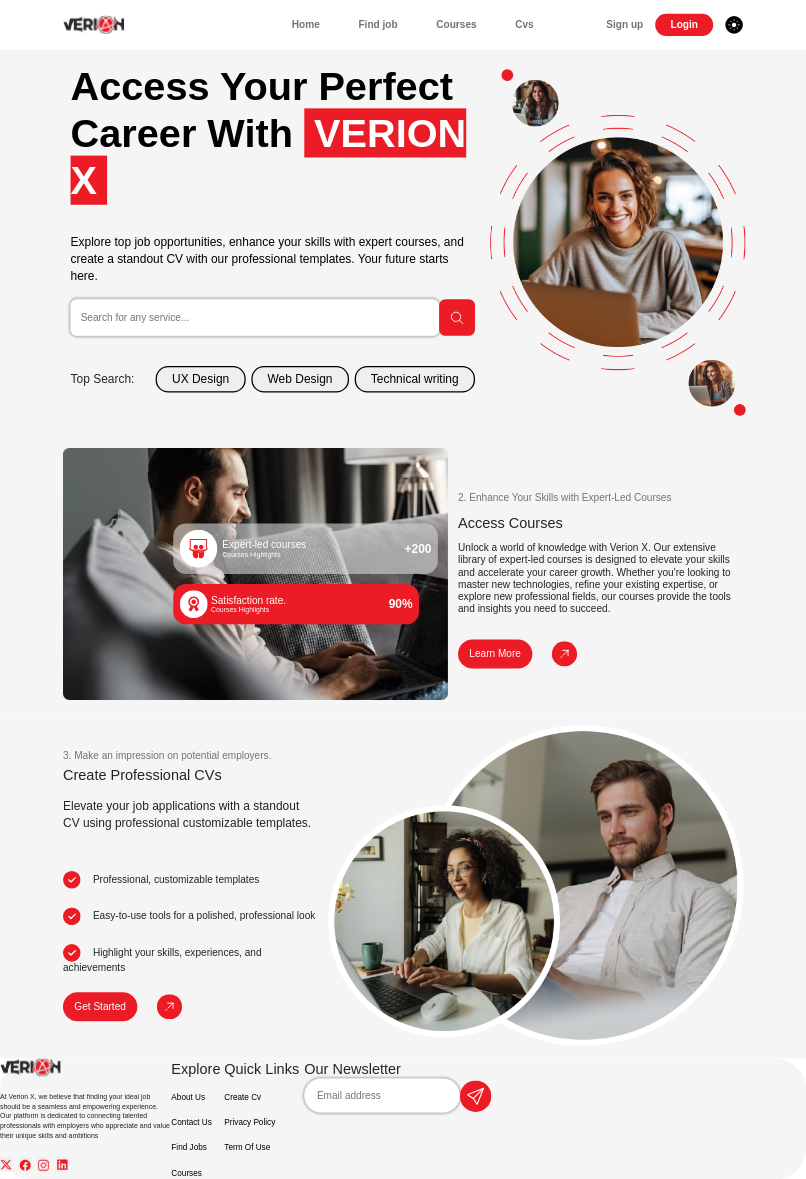
Repository: SahMenz/verionX
Page: /
The author's editor kept a copy of each file at every save. The page is drawn from the files as they stood at one save, then again after the next save.
The browser window is 1280 px wide. The pictures show the whole page, at 63% of full size.
The project was rebuilt for these pictures with package versions that can differ from the ones it lists, and the page was loaded fresh each time. Also part of the build but not shown: vite.config.js.

Above is the page before, as saved 2024-06-16 02:26:12.

### src/App.jsx
import './App.css'
import Home from './components/home/home'
import 'bootstrap/dist/css/bootstrap.min.css';

function App() {

  return (
    <>
      <div>
          <Home />
      </div>
    </>
  )
}

export default App

### src/index.css
button{
    outline: none;
    border: none;
  }

  input{
    border: none;
    outline: none;
}

### src/App.css
*, *::before, *::after{
  padding: 0px;
  margin: 0px;
  box-sizing: border-box;
  font-family: "Rubik", sans-serif;
}

/* BACKGROUND COLORS */

.bg-f5{
  background-color: #F5F5F5;
}
.bg-eb{
  background-color: #EB1C25;
}
.bg-ff{
  background-color: #fff;
}
.bg-d9{
  background-color: #D9D9D9;
}
.bg-00{
  background-color: #000;
}


/* FONT SIZES */

.txt-11{
  font-size: 11px;
}
.txt-13{
  font-size: 13px;
}
.txt-16{
  font-size: 16px;
}
.txt-19{
  font-size: 19px;
}
.txt-23{
  font-size: 23px;
}
.txt-45{
  font-size: 45px;
}
.txt-63{
  font-size: 63px;
}


/* TEXT COLOR */

.txt-eb{
  color:#EB1C25
}
.txt-f3{
  color: #737373
}
.txt-ff{
  color:#fff
}
.txt-00{
  color: #000;
}


/* FONT WEIGHT */

.fw-400{
  font-weight: 400;
}
.fw-500{
  font-weight: 500;
}
.fw-600{
  font-weight: 600;
}


/* LINE HEIGHT */

.lh-19{
  line-height: 19.2px;
}
.lh-75{
  line-height: 55.6px;
}
.lh-26{
  line-height: 26.38px;
}
.lh-22{
  line-height: 22.8px;
}
.lh-27{
  line-height: 27.6px;
}
.lh-15{
  line-height: 15.89px;
}
.lh-13{
  line-height: 13.2px;
}
.lh-54{
  line-height: 54px;
}
.lh-34{
  line-height: 34.5px;
}
.lh-67{
  line-height: 67.5px;
}
.lh-32{
  line-height: 32.2px;
}
.lh-18{
  line-height: 18.96px;
}

### src/components/home/home.jsx
import Footer from "../footer/footer"
import Navigation from "../navigation/navigation"
import AccessCourses from "./accessCourses/accessCourses"
import CreateProfessionalCv from "./createProfessionalCv/createProfessionalCv"
import Hero from "./hero/hero"

function Home() {
  return (
    <div >
        <Navigation />
        <Hero />
        <AccessCourses />
        <CreateProfessionalCv />
        <Footer />
    </div>
  )
}

export default Home

### src/components/footer/footer.jsx
import logo from '../../assets/images/logo.svg';
import CustomSvg from '../customSvg/customSvg';

function Footer() {
  return (
    <div className='d-flex bg-f5' style={{borderRadius:"50px"}}>
        <div className='d-flex flex-column' style={{width:"272px", height:"166px"}}>
            <img  src={logo} style={{width:"97.2px"}}/>
            <div className='fw-400 lh-15 txt-11 py-4'>
                At Verion X, we believe that finding your ideal job should be a
                seamless and empowering experience. Our platform is dedicated to connecting talented
                professionals with employers who appreciate and value their unique skills and ambitions
            </div>
            <div className='d-flex align-items-center justify-content-between' style={{width:"110px"}}>
                <button><CustomSvg name="x"/></button>
                <button><CustomSvg name="facebook"/></button>
                <button><CustomSvg name="insta"/></button>
                <button><CustomSvg name="linkedin"/></button>
            </div>
        </div>
        <div className='d-flex flex-column justify-content-between' style={{width:"84px", height:"192px"}}>
            <div className='fw-500 txt-23 lh-32'>Explore</div>
            <a href="#" className='txt-00 fw-400 txt-13 lh-18 text-decoration-none'>About Us</a>
            <a href="#" className='txt-00 fw-400 txt-13 lh-18 text-decoration-none'>Contact Us</a>
            <a href="#" className='txt-00 fw-400 txt-13 lh-18 text-decoration-none'>Find Jobs</a>
            <a href="#" className='txt-00 fw-400 txt-13 lh-18 text-decoration-none'>Courses</a>
        </div>
        <div className='d-flex flex-column justify-content-between' style={{width:"127px", height:"152px"}}>
            <div className='fw-500 txt-23 lh-32'>Quick Links</div>
            <a href="#" className='txt-00 fw-400 txt-13 lh-18 text-decoration-none'>Create Cv</a>
            <a href="#" className='txt-00 fw-400 txt-13 lh-18 text-decoration-none'>Privacy Policy</a>
            <a href="#" className='txt-00 fw-400 txt-13 lh-18 text-decoration-none'>Term Of Use</a>
        </div>
        <div className='d-flex flex-column'>
            <div className='fw-500 txt-23 lh-32'>Our Newsletter</div>
            <div>
                <input  type='text' placeholder='Email address' style={{borderRadius:"30px", padding:"15px 20px", boxShadow: "0px 0px 3px 3px rgba(0, 0, 0, 0.2)"}}/>
                <CustomSvg name="telegram"/>
            </div>
        </div>
    </div>
  )
}

export default Footer

### src/components/navigation/navigation.jsx
import logo from '../../assets/images/logo.svg'
import CustomSvg from '../customSvg/customSvg'
import './navigation.css'


function Navigation() {

  return (
    <div className="d-flex justify-content-between navContainer">
        <img src={logo} alt="" />
        <div className='d-none d-lg-flex navigationLink justify-content-between align-items-center'>
          <div className='d-flex justify-content-between align-items-center links'>
            <a href="#" className='small-txt lh-19 fw-600 text-decoration-none txt-f3'>Home</a>
            <a href="#" className='small-txt lh-19 fw-600 text-decoration-none txt-f3'>Find job</a>
            <a href="#" className='small-txt lh-19 fw-600 text-decoration-none txt-f3'>Courses</a>
            <a href="#" className='small-txt lh-19 fw-600 text-decoration-none txt-f3'>Cvs</a>
          </div>
          <div className='d-flex justify-content-between align-items-center switchmode'>
            <a href="#" className='small-txt lh-19 fw-600 text-decoration-none txt-f3'>Sign up</a>
            <a href="#" className='small-txt lh-19 fw-600 text-decoration-none txt-ff bg-eb px-4 py-2 rounded-5'>Login</a>
            <CustomSvg name="switchModes" className="cursor-pointer"/>
          </div>
        </div>
        <div className=' d-lg-none cursor-pointer' style={{width: "40px", height: "40px", display: 'flex', flexDirection: 'column', alignItems: "center", justifyContent: "center", gap: "5px"}}>
          <div style={{width : "30px", height:"3px", backgroundColor : 'black' }}></div>
          <div style={{width : "30px", height:"3px", backgroundColor : 'black' }}></div>
          <div style={{width : "30px", height:"3px", backgroundColor : 'black' }}></div>
        </div>
    </div>
  )
}

export default Navigation

### src/components/home/accessCourses/accessCourses.jsx
import CustomSvg from "../../customSvg/customSvg";
import './accessCourses.css';

function AccessCourses() {
  return (
    <div className="d-flex flex-column bg-f5 flex-xl-row accessGeneral  align-items-center">
        <div className="manPressingLaptop" style={{maxWidth:"611px", position:"relative"}}>
            <div className="imagetext d-none d-lg-block" style={{position:"absolute"}}>
                <div className="d-flex align-items-center opacebackground justify-content-between mb-3" style={{padding:"10px", borderRadius:"20px", maxWidth:"455px"}}>
                    <CustomSvg name="expertLedCourses"/>
                    <div className="d-flex ps-2 justify-content-between align-items-center" style={{width:"340px"}}>
                        <div className="d-flex flex-column" >
                            <div className="txt-ff fw-500 txt-16 lh-19">Expert-led courses</div>
                            <div className="txt-11 txt-ff fw-500 lh-13">Courses Highlights</div>
                        </div>
                        <div className="fw-600 txt-19 lh-22 txt-ff">+200</div>
                    </div>
                </div>
                <div className="bg-eb d-flex align-items-center justify-content-between" style={{padding:"10px", borderRadius:"20px", maxWidth:"390px"}}>
                    <CustomSvg name="satisfactionrate"/>
                    <div className="d-flex justify-content-between align-items-center" style={{width:"320px"}}>
                        <div className="d-flex flex-column" >
                            <div className="txt-ff fw-500 txt-16 lh-19">Satisfaction rate.</div>
                            <div className="txt-11 txt-ff fw-500 lh-13">Courses Highlights</div>
                        </div>
                        <div className="fw-600 txt-19 lh-22 txt-ff">90%</div>
                    </div>
                </div>
            </div>
        </div>
        <div className=" ms-xl-3"  style={{maxWidth:"576px"}}>
            <p className="txt-f3 fw-500 lh-19 enhance" style={{maxWidth:"370px"}}>2. Enhance Your Skills with Expert-Led Courses</p>
            <p className="fw-500 lh-27 access" style={{maxWidth:"300px"}}>Access Courses</p>
            <p className="fw-400 lh-19 pb-4 unlock" style={{maxWidth:"576px"}}>
                Unlock a world of knowledge with Verion X. Our extensive library of expert-led courses is designed to elevate your skills and accelerate your career growth. Whether you&apos;re looking to master new technologies, refine your existing expertise, or explore new professional fields, our courses provide the tools and insights you need to succeed.
            </p>
            <div className="d-flex align-items-center justify-content-between" style={{width:"189px"}}>
                <button className="bg-eb txt-ff" style={{padding:"11px 18px", borderRadius:"30px"}}>Learn More</button>
                <CustomSvg name="arrowTopRight" className=""/>
            </div>
        </div>
    </div>
  )
}

export default AccessCourses

### src/components/home/createProfessionalCv/createProfessionalCv.jsx
import createProfessionalImage from '../../../assets/images/createProfessionalImage.png';
import CustomSvg from '../../customSvg/customSvg';
import './createProfessionalCv.css';

function CreateProfessionalCv() {
  return (
    <div className='d-flex flex-column createGeneral bg-f5 flex-xl-row align-items-center'>
        <div style={{maxWidth:"507px"}}>
            <div className='fw-500 lh-19 txt-16 txt-f3 adjustText' style={{margin:"0px 0px 8px 0px"}}>3. Make an impression on potential employers.</div>
            <div className='fw-500 lh-27 txt-23 adjust23' style={{margin:"0px 0px 20px 0px"}}>Create Professional CVs</div>
            <div className='fw-400 txt-19 lh-23 adjust19' style={{margin:"0px 0px 60px 0px"}}>Elevate your job applications with a standout CV using professional customizable templates.</div>
            <div className='fw-400 txt-16 lh-19 adjustText' style={{marginBottom:"29px"}}><CustomSvg name="createProfessionalTick"/> <span style={{marginLeft:"15px"}}>Professional, customizable templates</span></div>
            <div className='fw-400 txt-16 lh-19 adjustText' style={{marginBottom:"29px"}}><CustomSvg name="createProfessionalTick"/> <span style={{marginLeft:"15px"}}>Easy-to-use tools for a polished, professional look</span></div>
            <div className='fw-400 txt-16 lh-19 adjustText' style={{marginBottom:"29px"}}><CustomSvg name="createProfessionalTick"/> <span style={{marginLeft:"15px"}}>Highlight your skills, experiences, and achievements</span></div>
            <div className="d-flex align-items-center justify-content-between" style={{width:"189px"}}>
                <button className="bg-eb txt-ff" style={{padding:"11px 18px", borderRadius:"30px"}}>Get Started</button>
                <CustomSvg name="arrowTopRight" className=""/>
            </div>
        </div>
        <img src={createProfessionalImage} className='mt-5 mt-xl-0 mixedImage ms-xl-3' style={{maxWidth:"659px"}}/>
    </div>
  )
}

export default CreateProfessionalCv

### src/components/home/hero/hero.jsx
import accesYourPerfectImage from '../../../assets/images/accesYourPerfectImage.png';
import CustomSvg from '../../customSvg/customSvg';
import './hero.css';

function Hero() {
  return (
    <div className='bg-f5 heroGeneral d-flex flex-column flex-xl-row justify-content-center justify-content-between align-items-center' style={{}}>
        <div style={{maxWidth:"733px"}} className=' textcontainer mb-5 mx-xxl-1 px-xxl-0 d-flex flex-column container '>
            <div className='txt-63 lh-75 txt-ff fw-600 txt-00 largeTxt mb-5' >Access Your Perfect Career With <span className='bg-eb fw-600 txt-ff py-1 px-3'>VERION X</span></div>
            <div className='txt-00 lh-26 mb-4 exploretxt' style={{maxWidth:"630px"}}>
                Explore top job opportunities, enhance your skills with expert courses, and create a standout CV with our professional templates. Your future starts here.
            </div>
            <div className="d-flex">
                <input type="text" className='p-3 container mb-xl-5' placeholder="Search for any service..."  style={{borderRadius:"10px", boxShadow: "0px 0px 3px 3px rgba(0, 0, 0, 0.2)"}} />
                <button className="bg-eb p-3 mb-xl-5" style={{borderRadius:"10px", border:"none"}}><CustomSvg name="search"/></button>
            </div>
            <div className='d-none d-xl-flex align-items-center justify-content-between'style={{width:"642px"}} >
                <div className='txt-19 lh-26 txt-500'>Top Search:</div>
                <div className='d-flex align-items-center justify-content-between' style={{width:"507px"}}>
                    <button style={{borderRadius:"20px",border: "2px solid black"}}><div className='px-4 py-2 txt-19 lh-22 txt-500'>UX Design</div></button>
                    <button style={{borderRadius:"20px",border: "2px solid black"}}><div className='px-4 py-2 txt-19 lh-22 txt-500'>Web Design</div></button>
                    <button style={{borderRadius:"20px",border: "2px solid black"}}><div className='px-4 py-2 txt-19 lh-22 txt-500'>Technical writing</div></button>
                </div>
            </div>
        </div>
        <img src={accesYourPerfectImage} className='container mx-xxl-1 px-xxl-0' style={{Width:"65vw", maxWidth:"430px"}} alt="three images" />
    </div>
  )
}

export default Hero

### src/components/navigation/navigation.css
.navContainer{
    padding: 22px 100px;
    box-shadow: 0px 10px 10px 10px rgba(0, 0, 0, 0.2);
}

.navigationLink{
    width: 56vw;
    min-width: 600px;
    max-width: 888px;
}
.links{
    width: 30vw;
    min-width: 300px;
    max-width: 482px;
}
.switchmode{
    width: 17vw;
    min-width: 200px;
    max-width: 254px;
}
@media screen and (min-width:325px) and (max-width:988px) {
    .navContainer{
        padding: 18px 60px;
    }
}

### src/components/home/accessCourses/accessCourses.css
.accessGeneral{
    padding: 10px 20px;
}
.enhance{
    font-size: 4vw;
    margin-top: 20px;
}
.access{
    font-size: 6vw;
}
.unlock{
    font-size: 4vw;
}
.opacebackground{
    background-color:rgba(217, 217, 217, 0.6);
}
.manPressingLaptop{
    background-image: url('../../../assets/images/accessCoursesImage.png');
    background-size: cover;
    border-Radius: 10px;
    background-position: center;
    height: 400px;
    width: 65vw;
    background-size: cover;
    background-position: center;
}
.imagetext{
    position: absolute;
    top: 50%;
    left: 63%;
    transform: translate(-50%, -50%);
}

@media (min-width: 478px) {
    .enhance{
        font-size: 3vw;
    }
    .access{
        font-size: 5vw;
    }
    .unlock{
        font-size: 3vw;
    }
}
@media (min-width: 665px) {
    .enhance{
      font-size: 2.5vw;
    }
    .access{
      font-size:4.5vw;
    }
    .unlock{
        font-size: 2.5vw;
    }
}
@media (min-width:730px){
    .accessGeneral{
      padding: 20px 100px;
    }
    .enhance{
        font-size: 16px;
      }
      .access{
        font-size:23px;
      }
      .unlock{
          font-size: 16px;
      }
  }
  @media (min-width:1400px){
    .accessGeneral{
        justify-content: space-between!important;
    }
  }

### src/components/home/createProfessionalCv/createProfessionalCv.css
.createGeneral{
    padding: 10px 20px;
}
.mixedImage{
    width: 85vw;
}
.adjustText{
    font-size: 4vw;
}
.adjust19{
    font-size: 5vw;
}
.adjust23{
    font-size: 6vw;
}
@media (min-width: 478px) {
    .adjustText{
        font-size: 3.5vw;
    }
    .adjust19{
        font-size: 4.5vw;
    }
    .adjust23{
        font-size: 5.5vw;
    }
}
@media (min-width: 560px) {
    .adjustText{
        font-size: 3vw;
    }
    .adjust19{
        font-size: 4vw;
    }
    .adjust23{
        font-size: 5vw;
    }
}
@media (min-width:630px){
    .createGeneral{
        padding: 20px 100px;
    }
    .adjustText{
        font-size: 16px;
    }
    .adjust19{
        font-size: 19px;
    }
    .adjust23{
        font-size: 23px;
    }
}
@media (min-width:1400px){
    .createGeneral{
        justify-content: space-between;
    }
}

### src/components/home/hero/hero.css
  .largeTxt{
    font-size: 10vw;
  }
  .exploretxt{
    font-size: 4vw;
  }
  .heroGeneral{
    padding: 10px 20px;
  }
  @media (min-width: 478px) {
    .largeTxt{
      line-height: 75px;
    }
    .exploretxt{
      font-size: 3vw;
    }
  }
  @media (min-width: 632px) {
    .largeTxt{
      font-size: 9vw;
    }
    .exploretxt{
      font-size:2.5vw;
    }
  }
  @media (min-width:730px){
    .largeTxt{
      font-size: 63px;
    }
    .exploretxt{
      font-size: 19px;
    }
    .heroGeneral{
      padding: 20px 100px;
    }
  }
  @media(min-width:1400){
    .heroGeneral{
      justify-content: space-between;
    }
  }

Loaded but not shown: src/main.jsx (common file); src/components/customSvg/customSvg.jsx (186 lines, source omitted)

After the next save:
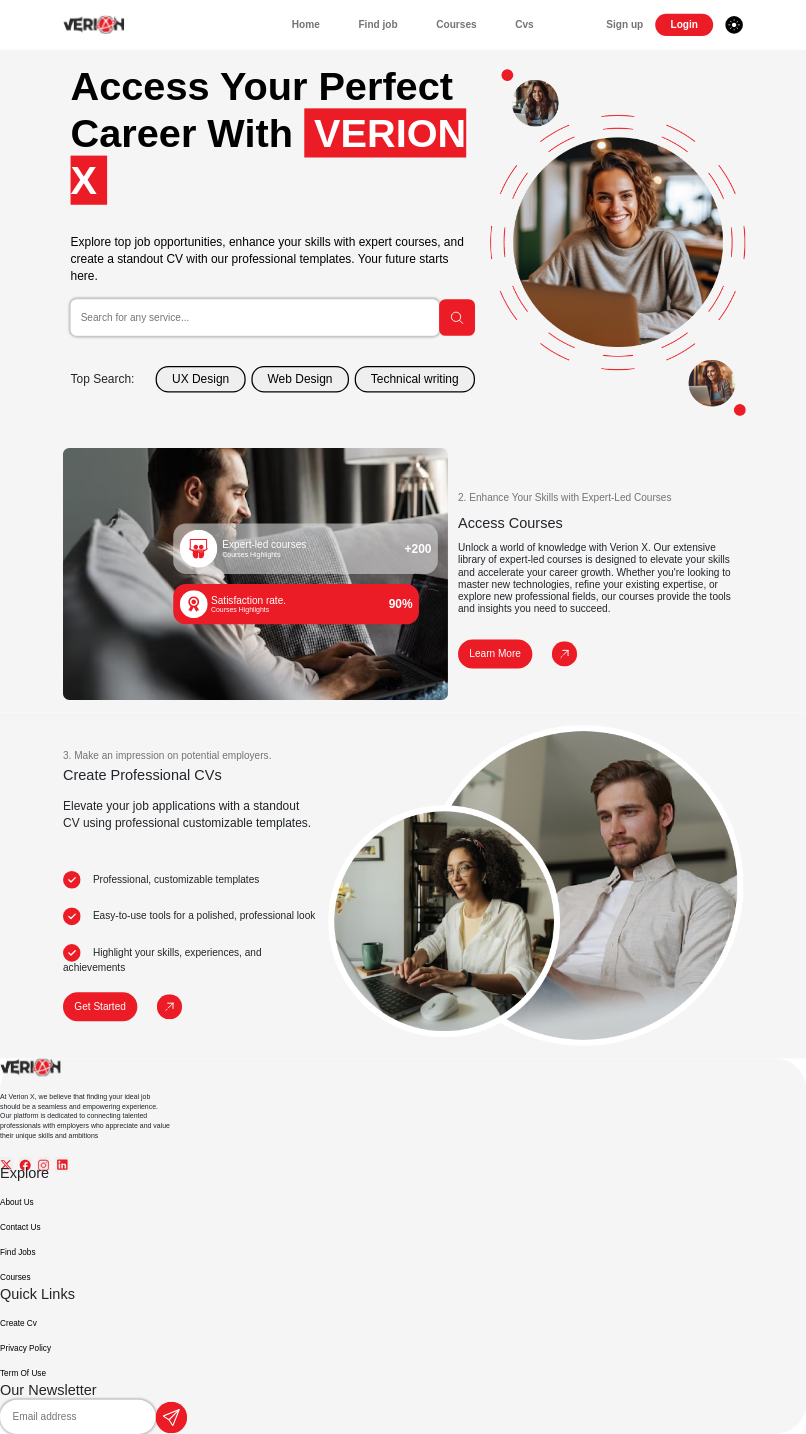
Saved 62 s later.
--- a/src/components/footer/footer.jsx
+++ b/src/components/footer/footer.jsx
@@ -3,7 +3,7 @@
 
 function Footer() {
   return (
-    <div className='d-flex bg-f5' style={{borderRadius:"50px"}}>
+    <div className='d-flex bg-f5 flex-column' style={{borderRadius:"50px"}}>
         <div className='d-flex flex-column' style={{width:"272px", height:"166px"}}>
             <img  src={logo} style={{width:"97.2px"}}/>
             <div className='fw-400 lh-15 txt-11 py-4'>
